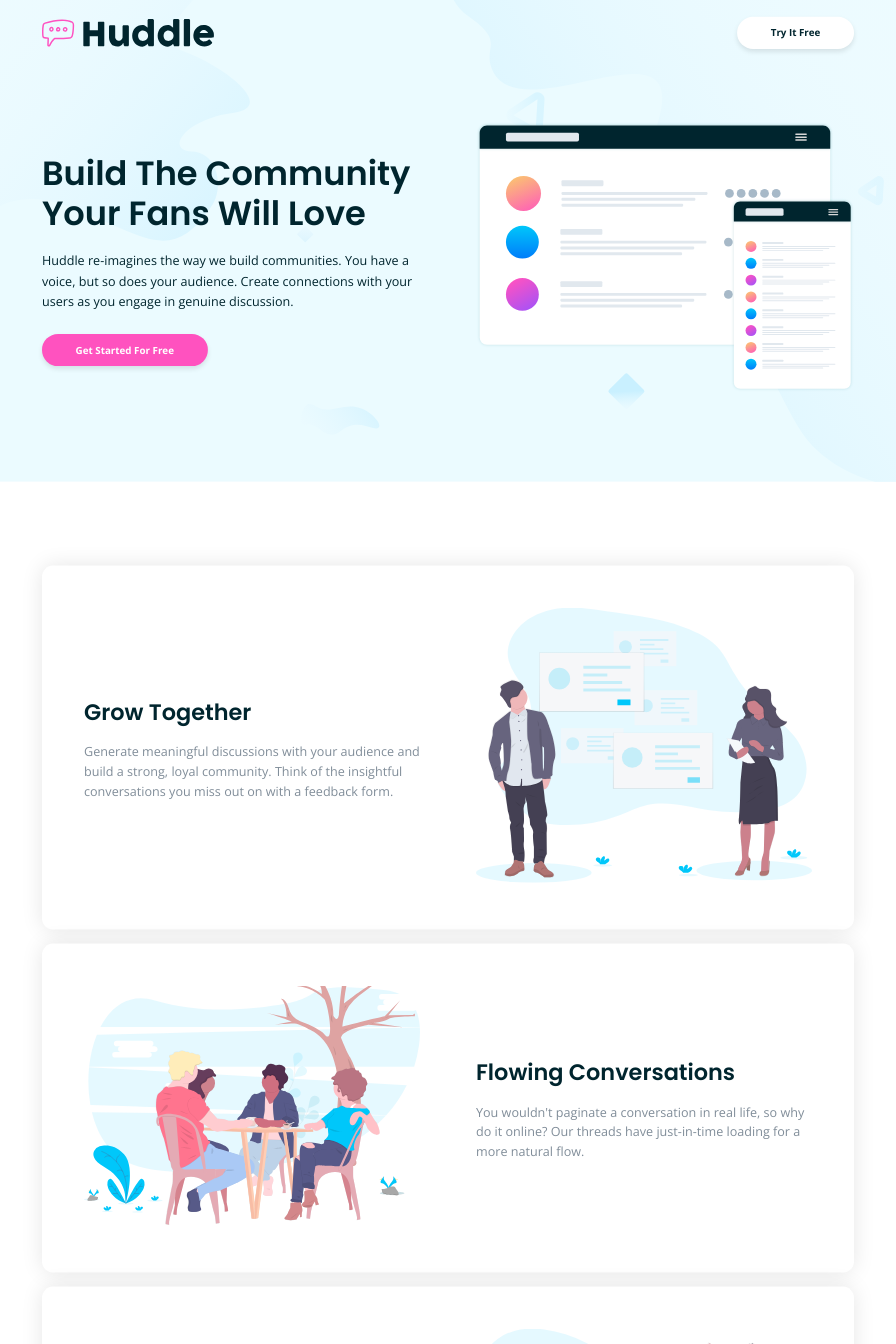
Repository: blordeus/huddle-landing-page
Page: index.html
The author's editor kept a copy of each file at every save. The page is drawn from the files as they stood at one save, then again after the next save.
The browser window is 1280 px wide. The pictures show the part of the page from y = 0 to 1920 px (the page is 3305 px tall), at 70% of full size.

Above is the page before, as saved 2025-07-01 11:35:31.

After the next save:
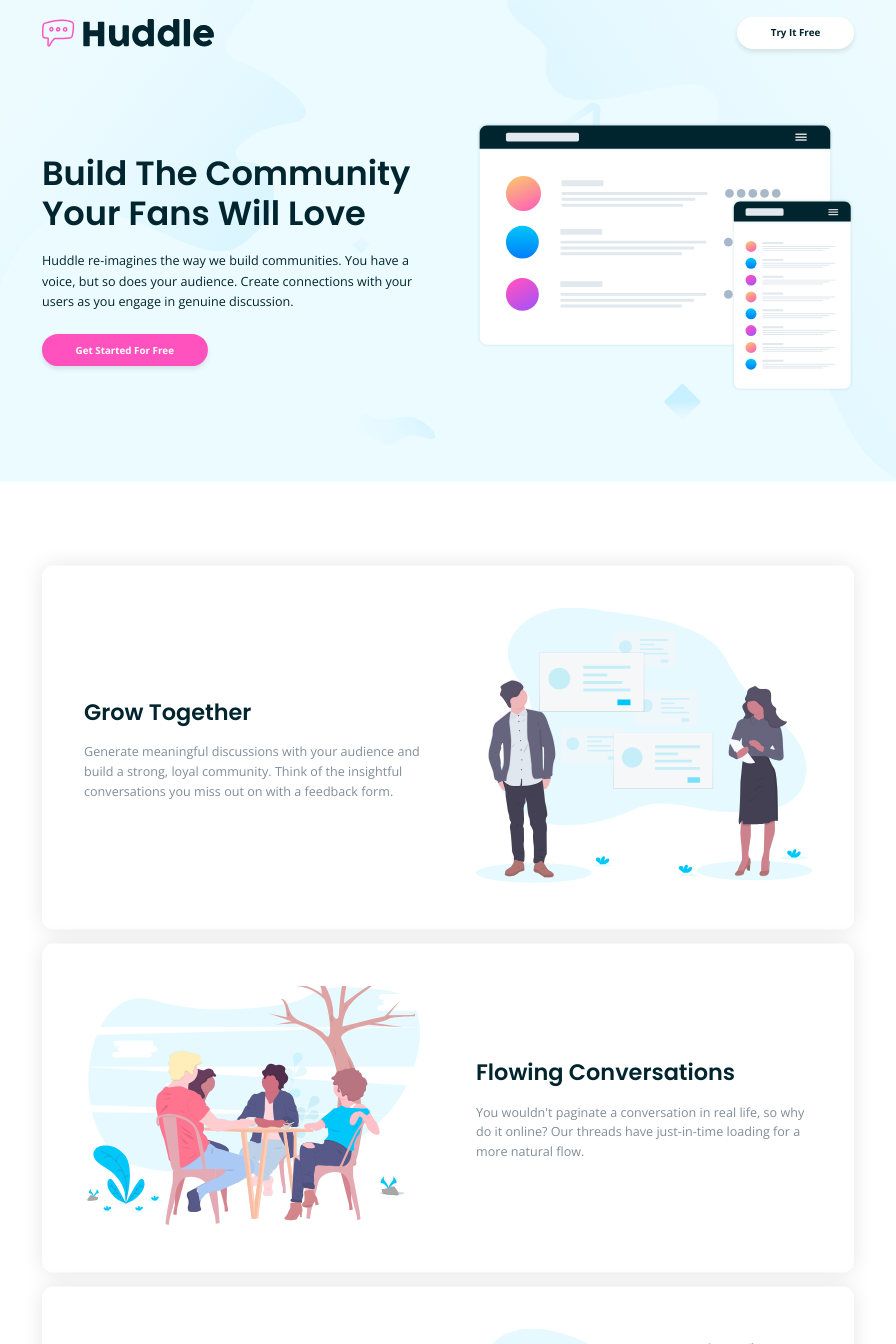
Saved 5 s later.
--- a/styles.css
+++ b/styles.css
@@ -20,7 +20,7 @@
     .bg-wrapper {
       background: hsl(193, 100%, 96%);
       background-image: url('./images/bg-hero-desktop.svg');
-      background-position: center;
+      background-: center;
     }
 
     /* Header */
